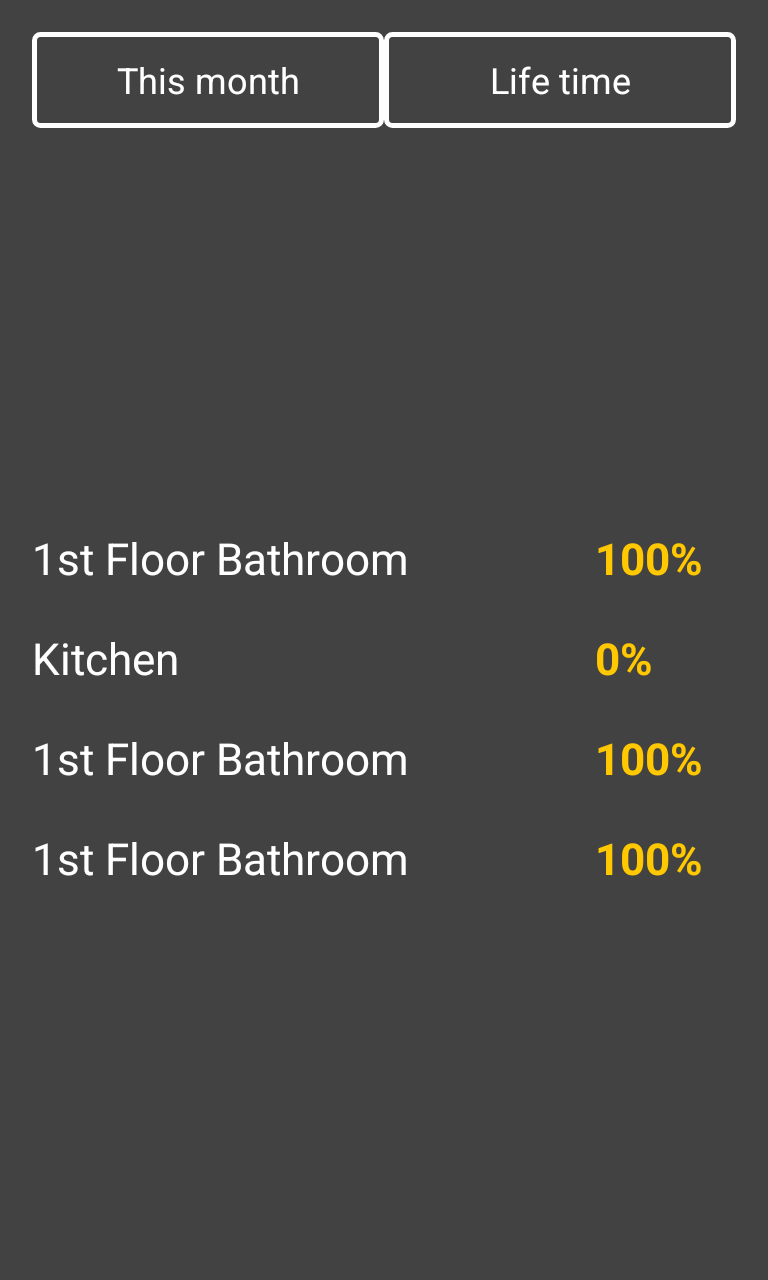
Repository: prabushitha/hydrosaver
Layout: hydrosaver/res/layout/activity_sections.xml
These files come from the project's save history. The layout is drawn as it stood at one moment and after the next save; the edit follows.
It is drawn on a 768 x 1280 px phone screen (xhdpi) without system bars, with theme AppTheme; the app's code is not run.

Above is the layout before, as saved 2016-10-08 16:51:01.

After the next save:
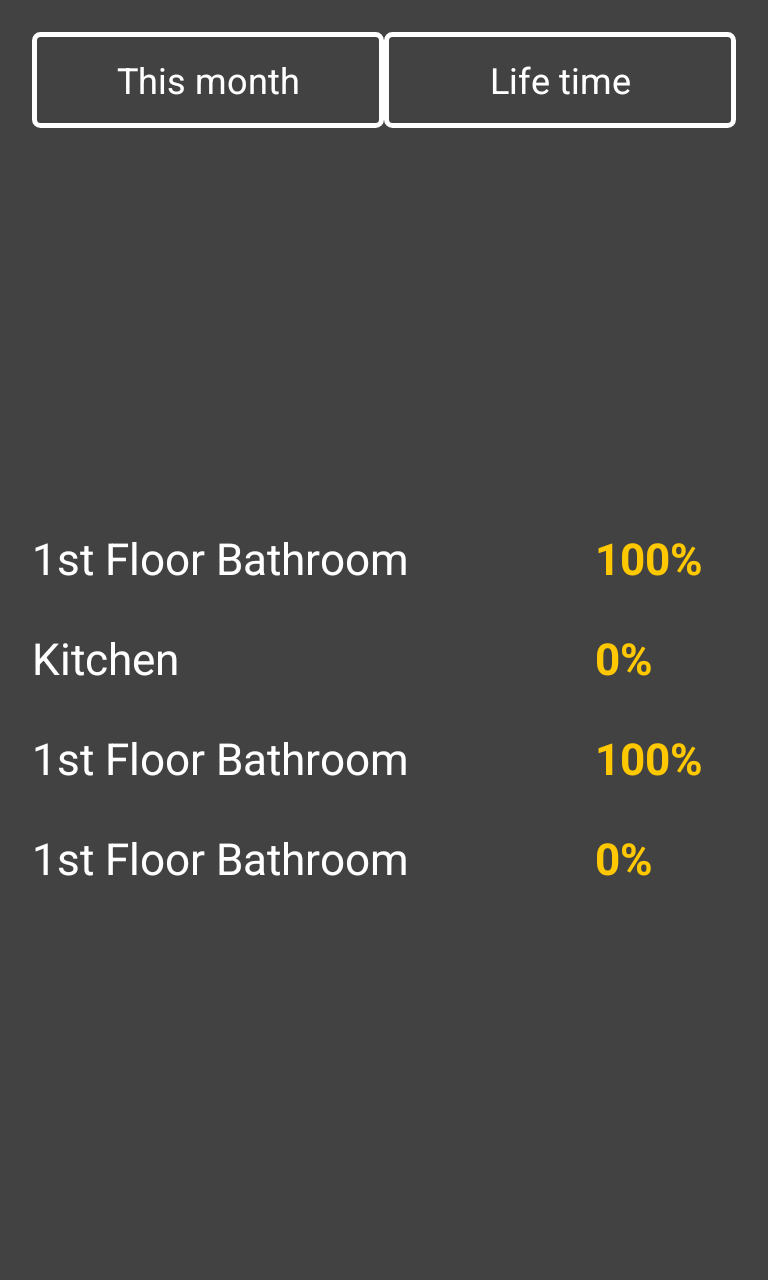
Saved 20 s later.
--- a/hydrosaver/res/layout/activity_sections.xml
+++ b/hydrosaver/res/layout/activity_sections.xml
@@ -116,7 +116,6 @@
 		        android:textAppearance="?android:attr/textAppearanceLarge"
 		        android:text="100%"
 		        android:textColor="#ffc800"
-		        android:id="@+id/txtPrecentage"
 		        android:minHeight="100px"
 		        android:singleLine="false"
 		        android:layout_weight="2"
@@ -132,7 +131,6 @@
 		        android:textAppearance="?android:attr/textAppearanceLarge"
 		        android:text="1st Floor Bathroom"
 		        android:textColor="#ffffff"
-		        android:id="@+id/txtName"
 		        android:minHeight="100px"
 		        android:singleLine="true"
 		        android:layout_weight="8"
@@ -142,9 +140,8 @@
 		        android:layout_width="0dp"
 		        android:layout_height="wrap_content"
 		        android:textAppearance="?android:attr/textAppearanceLarge"
-		        android:text="100%"
+		        android:text="0%"
 		        android:textColor="#ffc800"
-		        android:id="@+id/txtPrecentage"
 		        android:minHeight="100px"
 		        android:singleLine="false"
 		        android:layout_weight="2"
